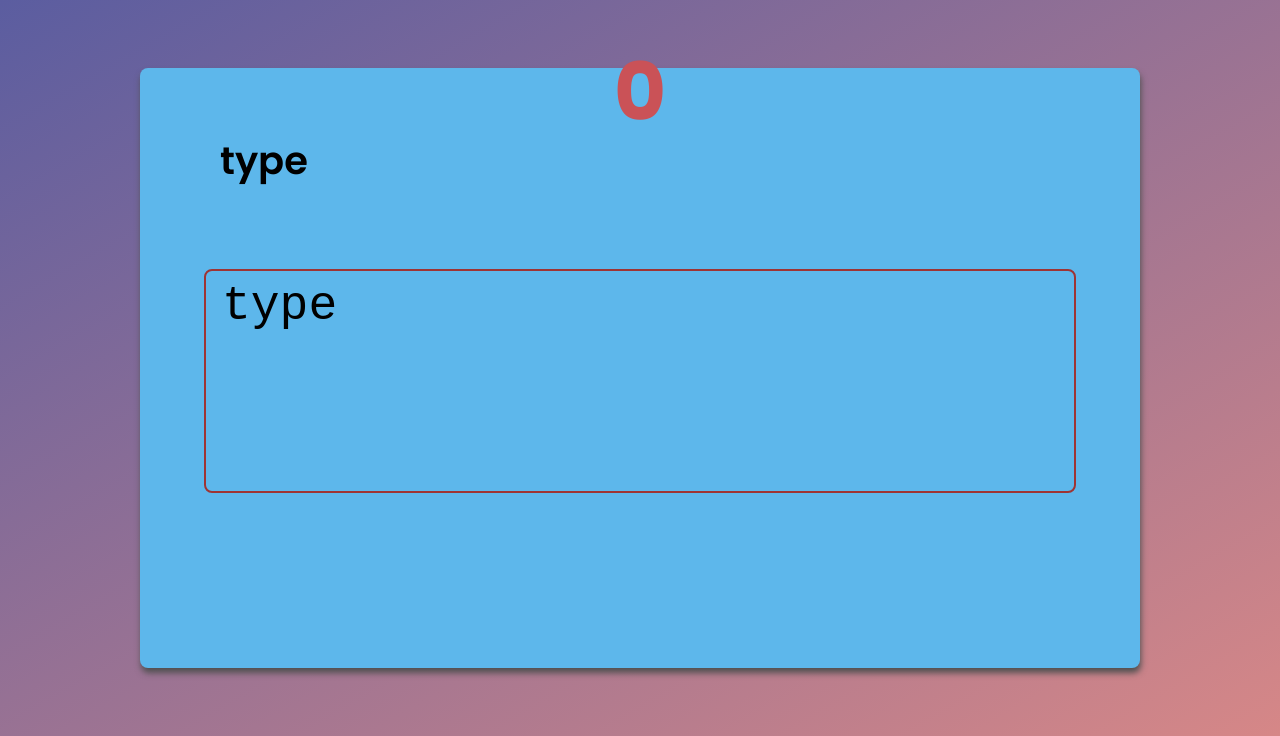
Repository: MitukiTakada/Typing-App
Page: index.html
The author's editor kept a copy of each file at every save. The page is drawn from the files as they stood at one save, then again after the next save.
The browser window is 1280 px wide. The pictures show the whole page.
Some web fonts or font styles are not loaded; a fallback is used.

Above is the page before, as saved 2022-06-30 16:42:33.

After the next save:
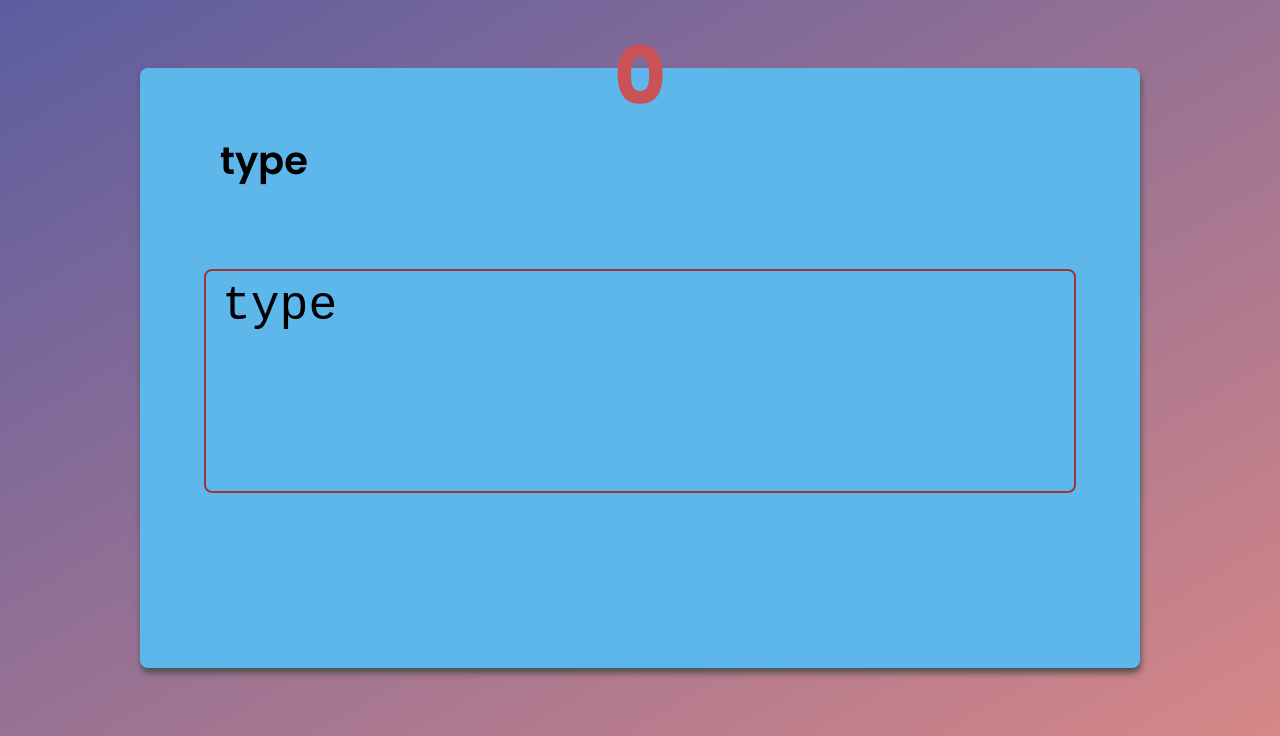
Saved 6 min 42 s later.
--- a/style.css
+++ b/style.css
@@ -37,7 +37,7 @@ body {
 
 .timer {
   position: absolute;
-  top: 2rem;
+  top: 1rem;
   font-size: 5rem;
   font-weight: bold;
   color: rgb(202, 82, 87);
